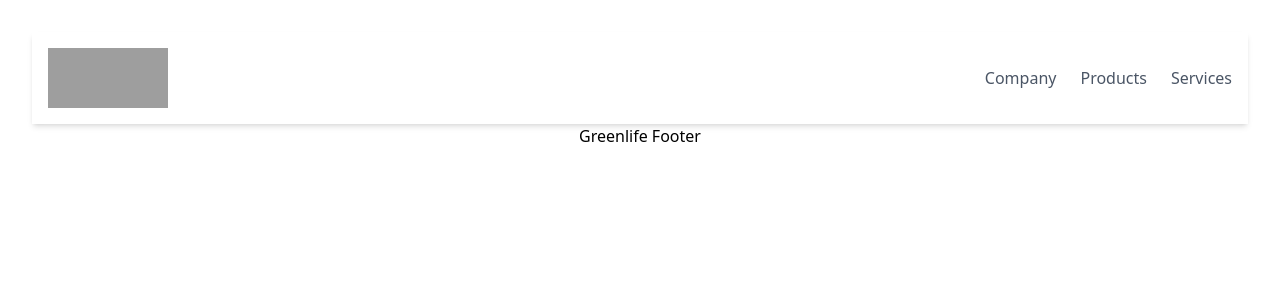
Repository: estevam02009/greenlife
Page: /
The author's editor kept a copy of each file at every save. The page is drawn from the files as they stood at one save, then again after the next save.
The browser window is 1280 px wide. The pictures show the whole page.
Pictures or frames that could not be fetched are drawn as grey boxes. The project was rebuilt for these pictures with package versions that can differ from the ones it lists, and the page was loaded fresh each time. Also part of the build but not shown: vite.config.js.

Above is the page before, as saved 2025-07-23 09:42:10.

After the next save:
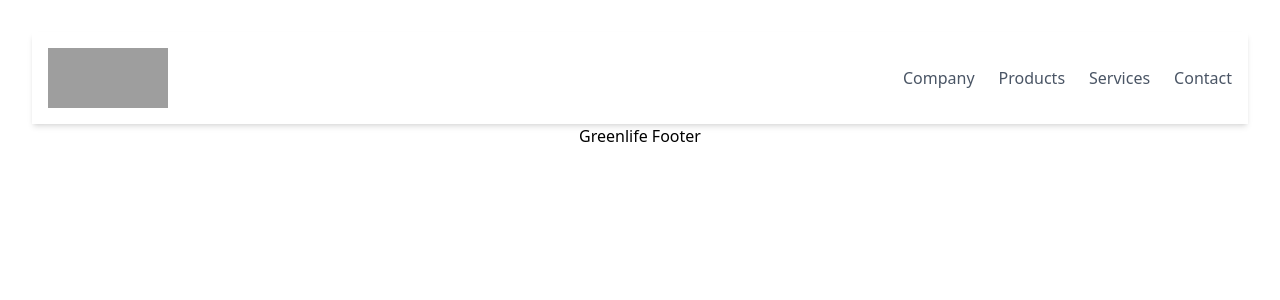
Saved 9 s later.
--- a/src/components/Navbar.jsx
+++ b/src/components/Navbar.jsx
@@ -19,6 +19,9 @@
                     <li>
                         <a href="#" className="text-gray-600 hover:text-blue-600 transition duration-300">Services</a>
                     </li>
+                    <li>
+                        <a href="#" className="text-gray-600 hover:text-blue-600 transition duration-300">Contact</a>
+                    </li>
                 </ul>
             </div>
 
